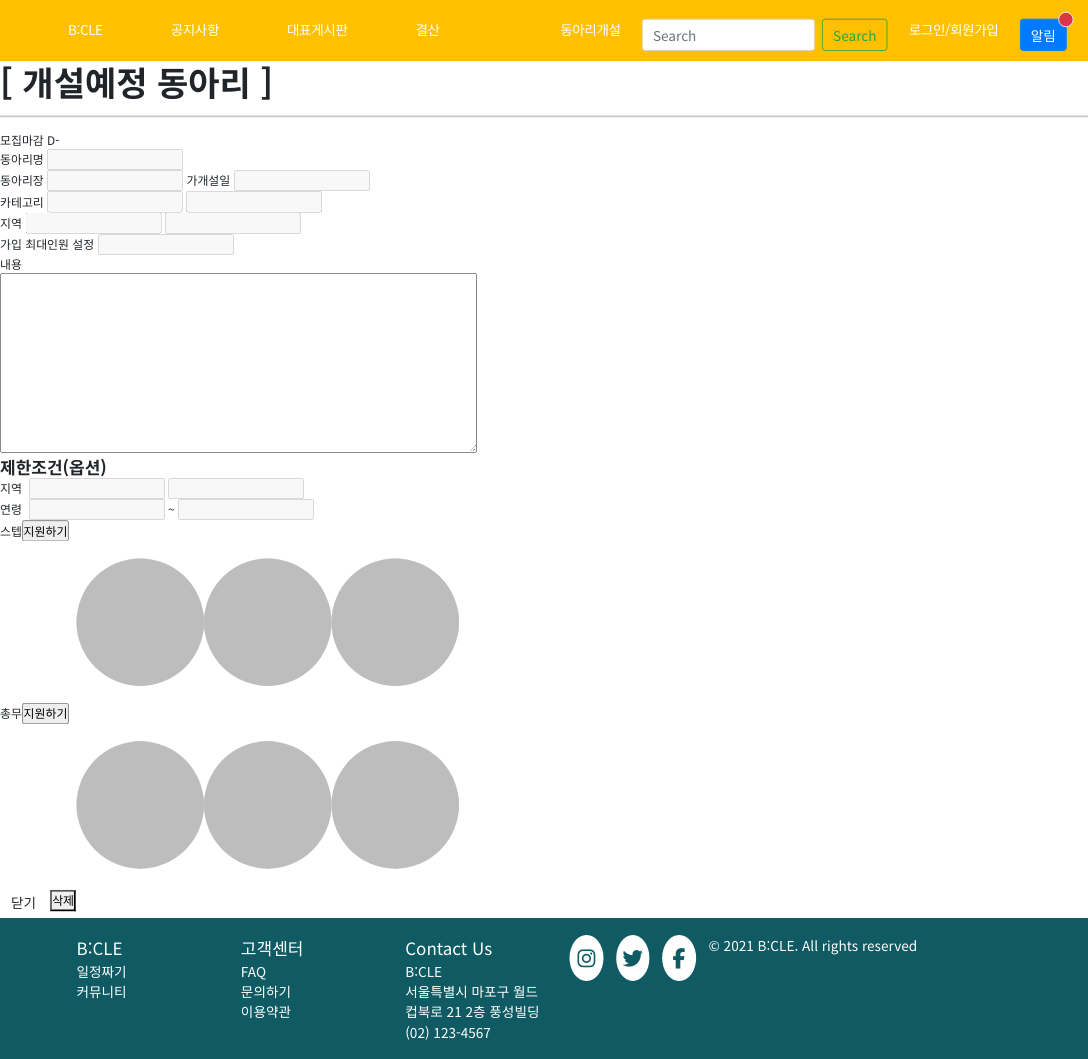
Repository: CHAEYUN7074/SpringProject_Bcle
Page: http://localhost/Bcle/ClubBeforeOpenedContents.jsp
These files come from the project's save history. The page is drawn as it stood at one moment and after the next save; the edit follows.
The browser window is 1280 px wide. The pictures show the whole page, at 85% of full size.
Some web fonts or font styles are not loaded; a fallback is used. Some web libraries are served in a nearby version. The page is served by Tomcat 9. The template is opened directly, without the code that normally fills it, so the values that code supplies are empty.

Above is the page before, as saved 2021-12-22 16:26:08.

After the next save:
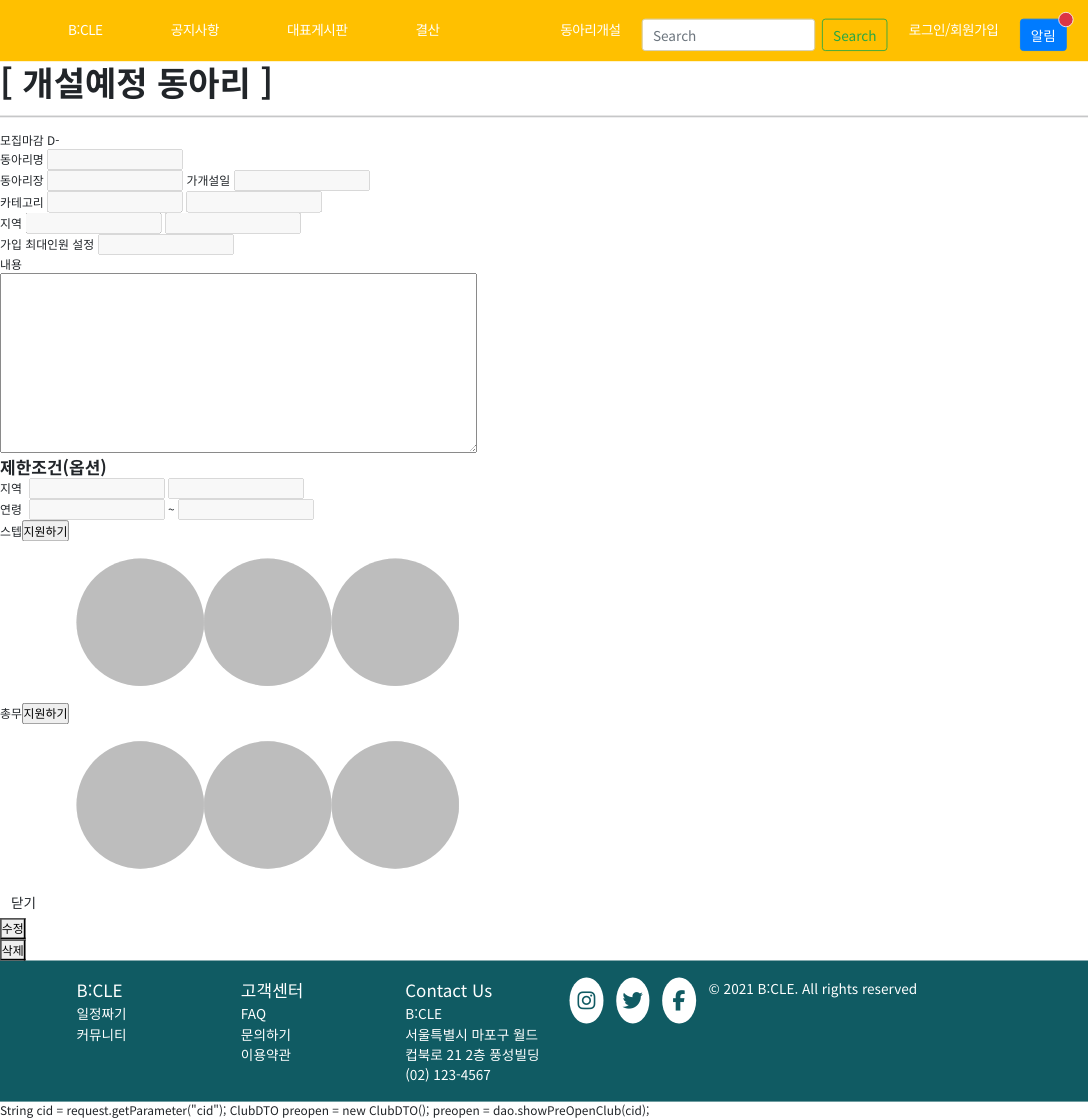
Console error: SyntaxError: Unexpected identifier '일치하면'
Saved 6 min 59 s later.
--- a/Bcle/WebContent/ClubBeforeOpenedContents.jsp
+++ b/Bcle/WebContent/ClubBeforeOpenedContents.jsp
@@ -184,10 +184,41 @@ ClubBeforeOpenedContents.jsp
    </div>
 
 
-
+String cid = request.getParameter("cid");
+
+				ClubDTO preopen = new ClubDTO();
+
+				preopen = dao.showPreOpenClub(cid);
 
 </body>
 <script>
-$("#updateBtn").css("display", "none");
+$(document).ready(function()
+		   {
+
+
+		         let userTitle = $('.title').val();
+
+		            {
+		               if(cid가 일치하면){
+		            	  $("#updateBtn").css("display", "block");
+
+
+		               }
+		               else
+		               {
+
+		            	   $("#updateBtn").css("display", "none");
+		               }
+
+		            , error : function(e)
+		            {
+		               alert(e.responseText); //에러사항 보여주기
+		            }
+		         })
+		      })
+		   });
+
+
+
 </script>
 </html>
